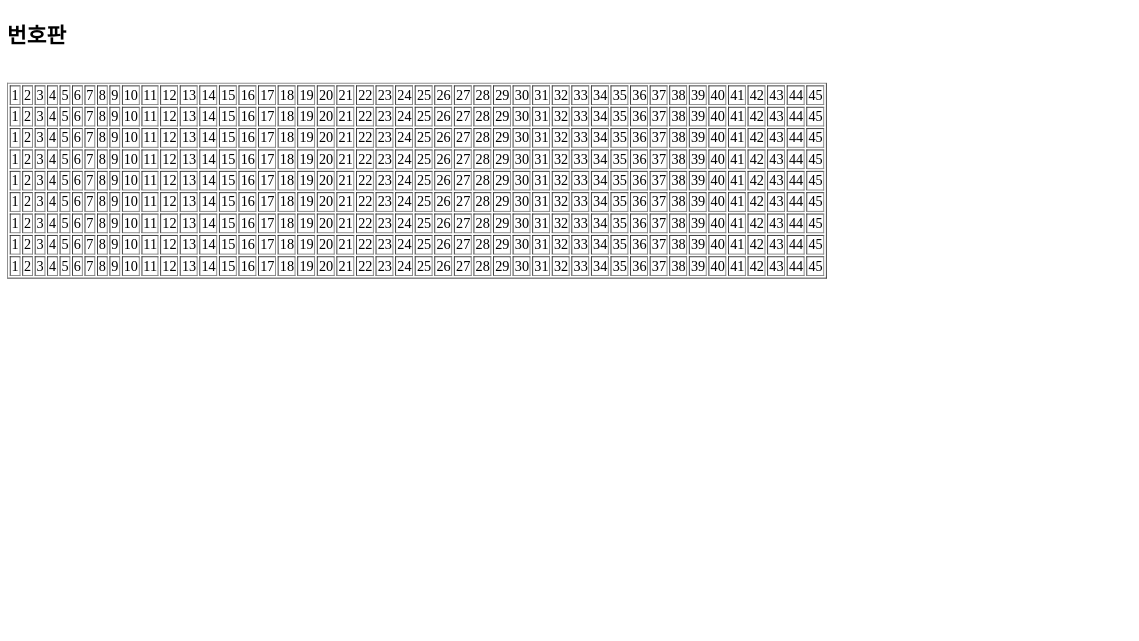
Repository: lhk21go-commits/Jsp2026
Page: http://localhost/chapter01/example_lotto.jsp
An editor plug-in stored every save of this project. The page is shown before and after the next save, followed by the edit.
The browser window is 1280 px wide. The pictures show the whole page, at 89% of full size.
The page is served by Tomcat 9.

Above is the page before, as saved 2026-10-16 07:02:49.

After the next save:
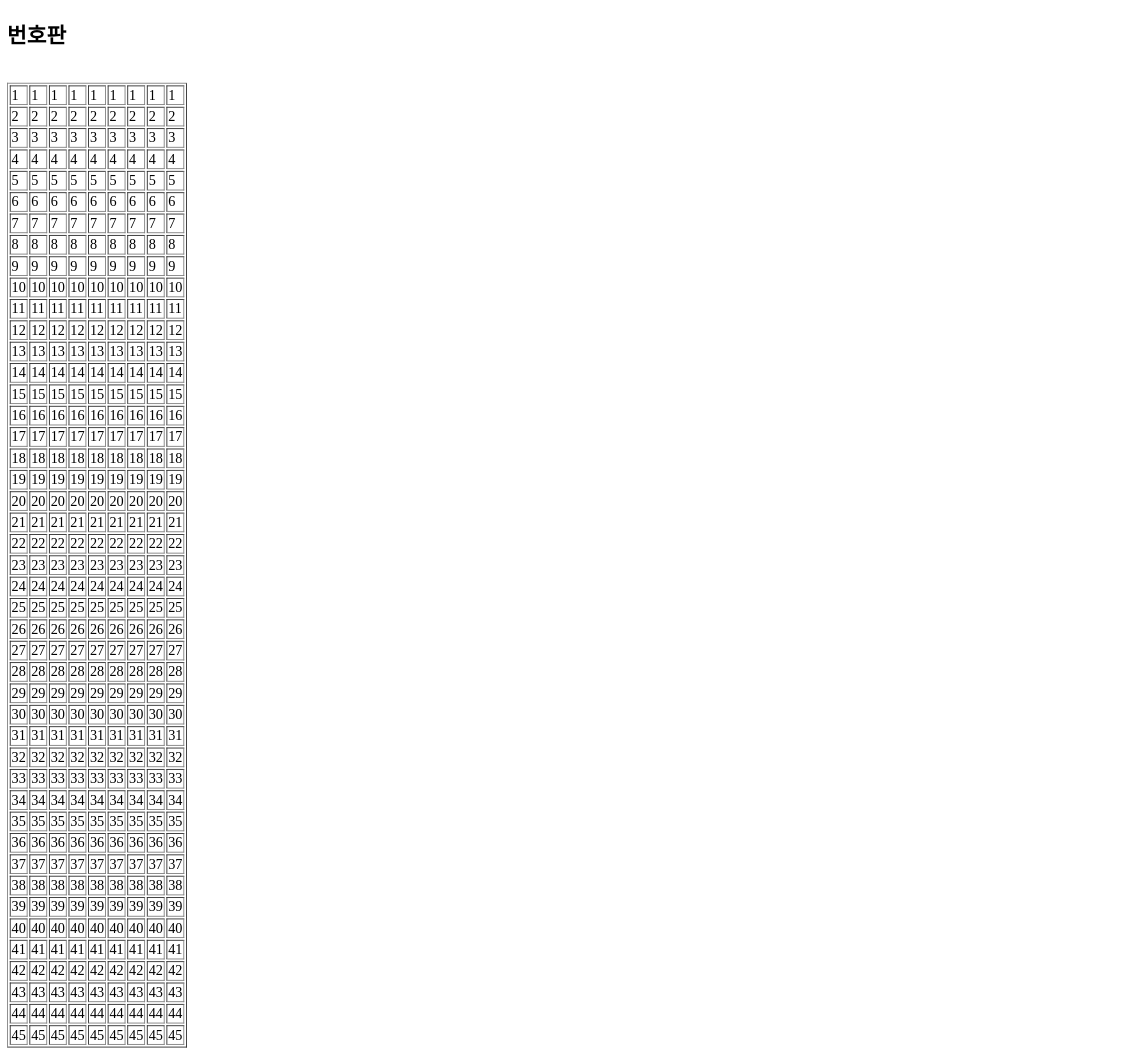
Saved 50 s later.
--- a/chapter01/src/main/webapp/example_lotto.jsp
+++ b/chapter01/src/main/webapp/example_lotto.jsp
@@ -12,10 +12,10 @@
 	<br/>
 
 	<table border="1">
-		<% for(int i=1; i<=9; i++){	%>
+		<% for(int i=1; i<=45; i++){	%>
 		<tr>
-			<%	for(int j=1; j<=45; j++){	%>
-			<td><%=j %></td>
+			<%	for(int j=1; j<=9; j++){	%>
+			<td><%=i %></td>
 			<%}; %>
 		</tr>
 		<%}; %>
